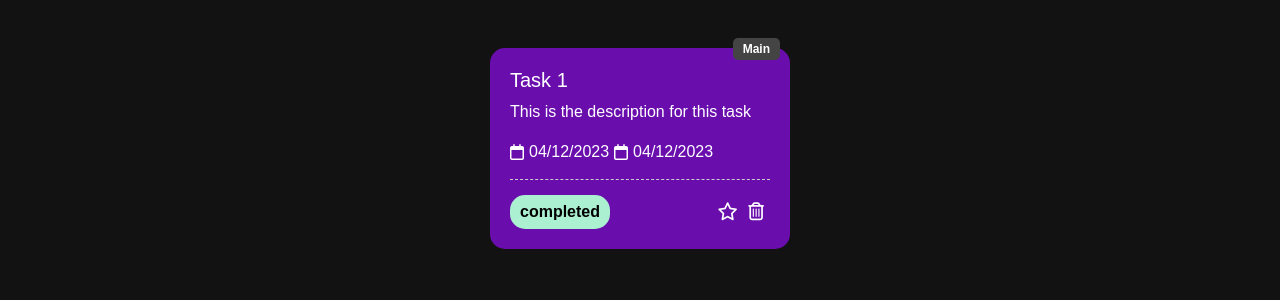
Repository: Surahailat/TypeScript
Page: Mini project 10-3/test.html
These files come from the project's save history. The page is drawn as it stood at one moment and after a run of saves; the edit follows.
The browser window is 1280 px wide. The pictures show the whole page.

Above is the page before, as saved 2025-03-10 21:55:11.

After the next 5 saves:
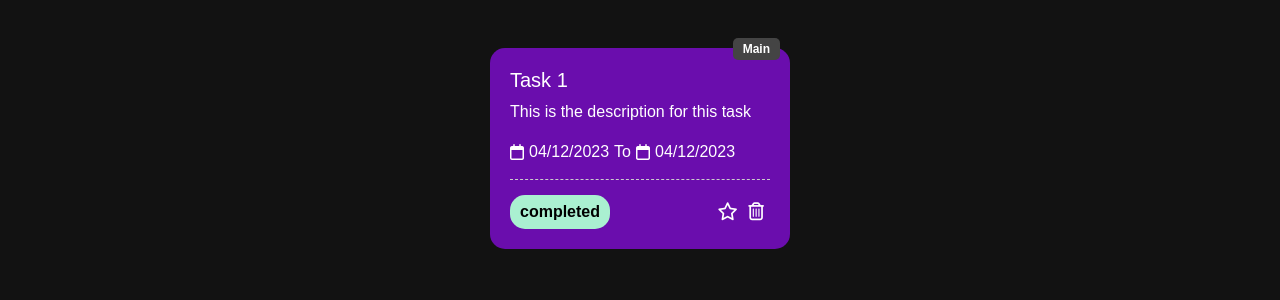
The 5 saves are shown as one change because they came seconds apart.
The last was saved 21 s later.
--- a/Mini project 10-3/test.html
+++ b/Mini project 10-3/test.html
@@ -76,6 +76,7 @@
         <div class="date">
             <i class="fa-regular fa-calendar"></i>
             <span>04/12/2023</span>
+            <span>To</span>
             <i class="fa-regular fa-calendar"></i>
             <span>04/12/2023</span>
         </div>
